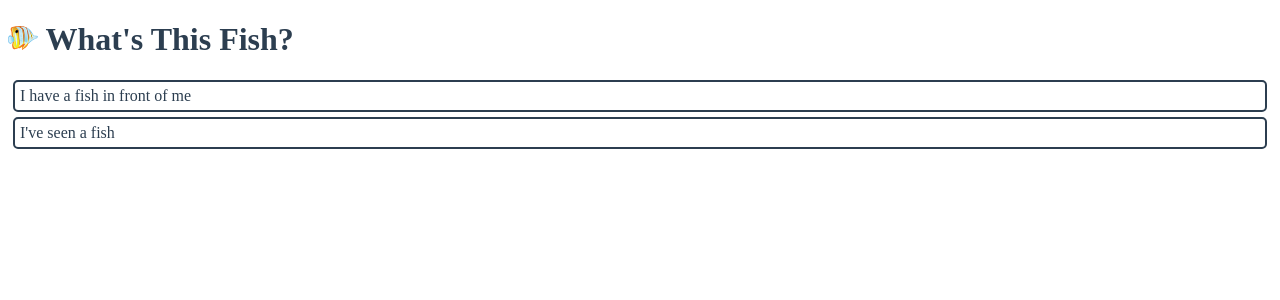
Repository: ulyfm/whatsthis.fish
Page: FishServer/externalpages/index.html
The author's editor kept a copy of each file at every save. The page is drawn from the files as they stood at one save, then again after the next save.
The browser window is 1280 px wide. The pictures show the whole page.
Some web fonts or font styles are not loaded; a fallback is used.

Above is the page before, as saved 2017-01-04 18:07:48.

### FishServer/externalpages/index.html
<!DOCTYPE html>
<html>
	<head>
		<title>WhatsThisFish</title>
		<link rel='stylesheet' type='text/css' href='fish.css'>
		<script src='fish.js' type='text/javascript'></script>
		<link href="https://fonts.googleapis.com/css?family=Alegreya" rel="stylesheet">
	</head>
	<body>
		<h1><img src='drivingthattrainhighoncocaine.svg' id='logo'>  What's This Fish?</h1>
		<a href='/havefish.html' class='c1'>I have a fish in front of me</a>
		<a href='/havefish.html' class='c1'>I've seen a fish</a>
	</body>
</html>

### FishServer/externalpages/fish.css
html{
	background: #ffffff;
	color: #2c3e50;
}
h1 {
	font-family: 'Alegreya', serif;
}
#logo {
	width: 30px;
	display: inline;
}
.c1 {
	text-decoration: none;
	color: #2c3e50;
	padding: 5px;
	margin: 5px;
	border: 2px solid;
	border-radius: 5px;
	display: block;
}
.c1:active {

}

Loaded but not shown: FishServer/externalpages/fish.js (no stored copy; drawn as an empty file)

After the next save:
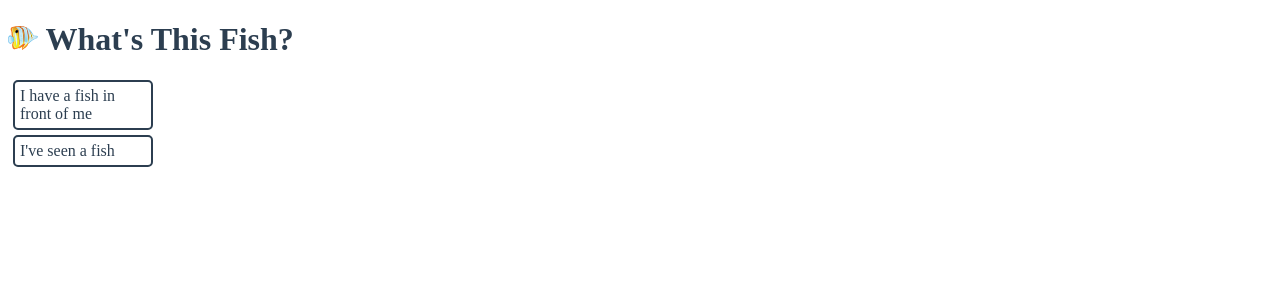
Saved 22 s later.
--- a/FishServer/externalpages/fish.css
+++ b/FishServer/externalpages/fish.css
@@ -17,6 +17,7 @@ h1 {
 	border: 2px solid;
 	border-radius: 5px;
 	display: block;
+	width: 10%;
 }
 .c1:active {
 
